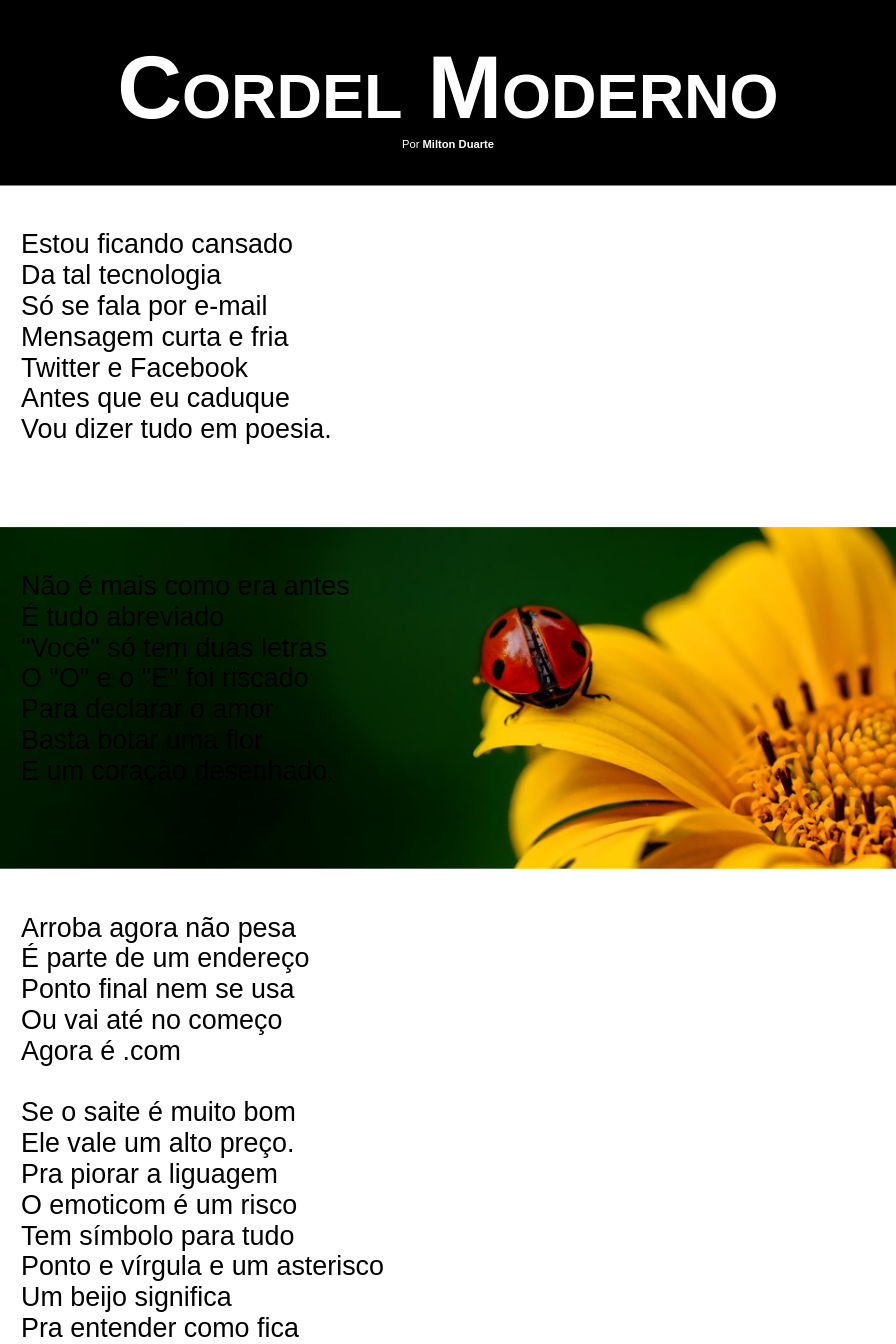
Repository: jorgprado/curso-html-css-Guanabara
Page: exec-pag-cordel/index.html
These files come from the project's save history. The page is drawn as it stood at one moment and after the next save; the edit follows.
The browser window is 1280 px wide. The pictures show the part of the page from y = 0 to 1920 px (the page is 3445 px tall before and 3837 px after), at 70% of full size.
Backgrounds fixed to the window are drawn as part of the page. Some web fonts or font styles are not loaded; a fallback is used.

Above is the page before, as saved 2023-05-18 16:48:51.

After the next save:
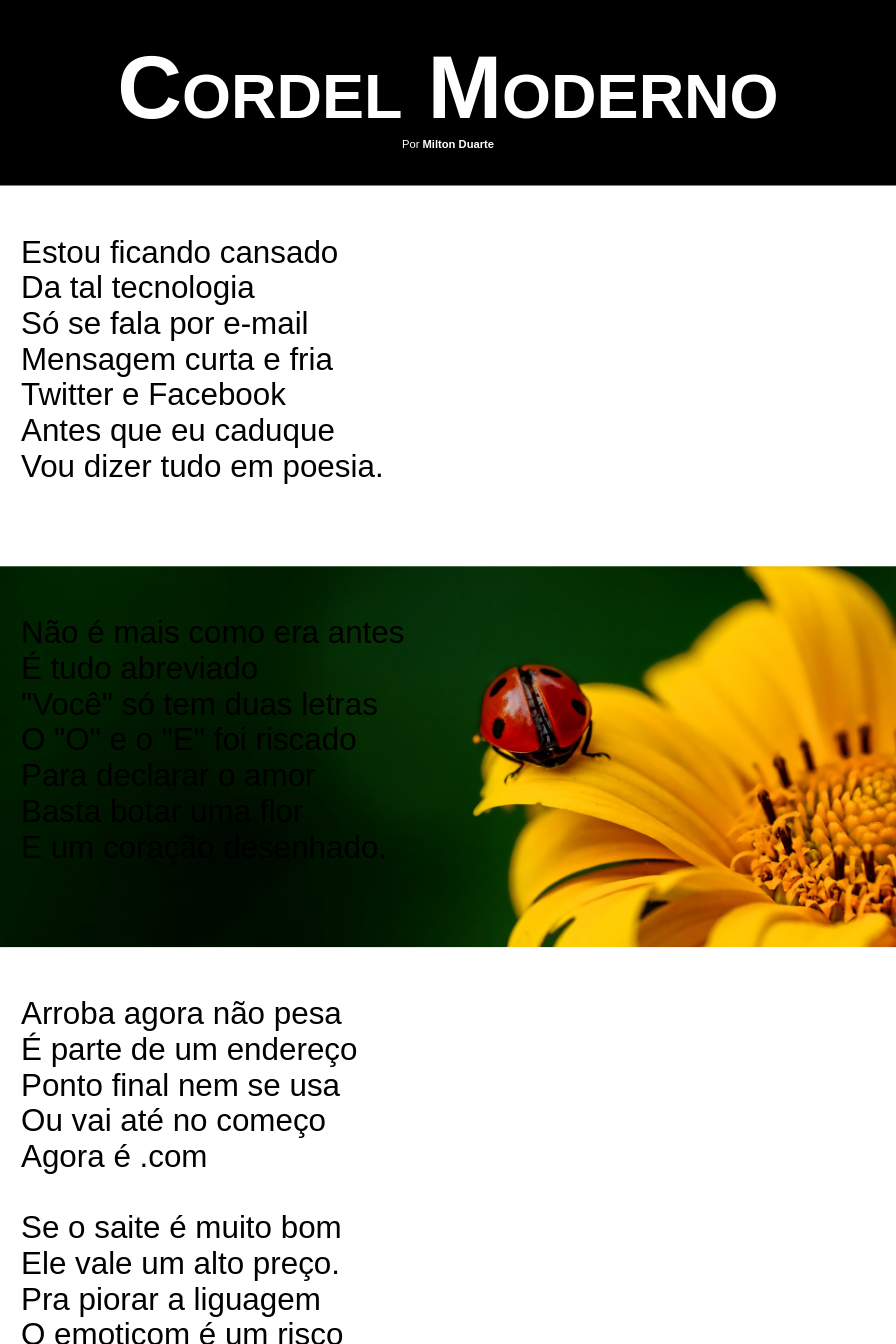
Saved 15 s later.
--- a/exec-pag-cordel/estilos/style.css
+++ b/exec-pag-cordel/estilos/style.css
@@ -46,7 +46,7 @@ main article .box{
 
 main article .box p{
     font-family: 'Sriracha', sans-serif;
-    font-size: 3vw;
+    font-size: 3.5vw;
 }
 
 main article .box-img{
